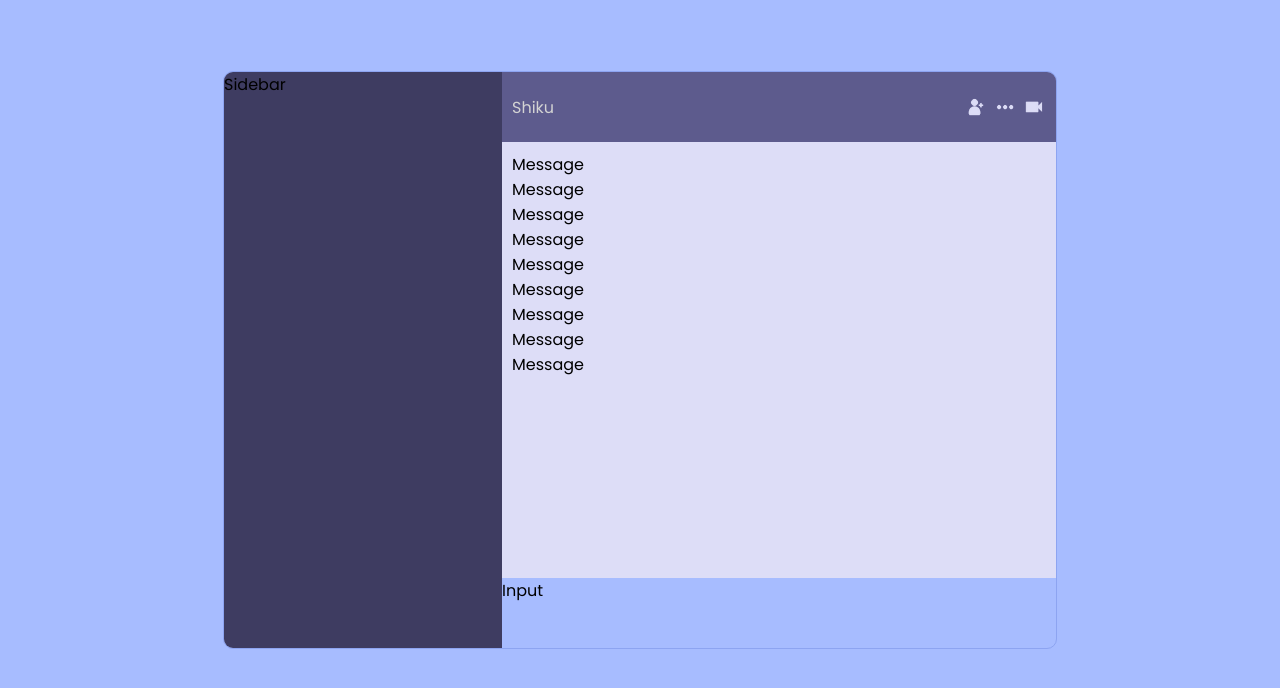
Repository: shikubro90/chatapp
Page: /
The author's editor kept a copy of each file at every save. The page is drawn from the files as they stood at one save, then again after a run of saves.
The browser window is 1280 px wide. The pictures show the whole page.
The project was rebuilt for these pictures with package versions that can differ from the ones it lists, and the page was loaded fresh each time. Also part of the build but not shown: src/pages/Login.jsx, src/pages/Register.jsx.

Above is the page before, as saved 2022-09-14 20:15:33.

### src/App.js
import './App.css';
import Login from './pages/Login';
import Register from './pages/Register';
import Home from './pages/Home'
import './style.scss'

function App() {
  return (
    <div className="App">
      {/* <Register/> */}
      {/* <Login/> */}
      <Home/>
    </div>
  );
}

export default App;

### src/App.css
@import url(https://fonts.googleapis.com/css?family=Poppins:100,100italic,200,200italic,300,300italic,regular,italic,500,500italic,600,600italic,700,700italic,800,800italic,900,900italic);



*{
  margin: 0;
  padding: 0;
}

body,html{
  font-family: "Poppins", sans-serif, system-ui, -apple-system, BlinkMacSystemFont, 'Segoe UI', Roboto, Oxygen, Ubuntu, Cantarell, 'Open Sans', 'Helvetica Neue', sans-serif;
  box-sizing: border-box;
}


/* .App {
  text-align: center;
}

.App-logo {
  height: 40vmin;
  pointer-events: none;
}

@media (prefers-reduced-motion: no-preference) {
  .App-logo {
    animation: App-logo-spin infinite 20s linear;
  }
}

.App-header {
  background-color: #282c34;
  min-height: 100vh;
  display: flex;
  flex-direction: column;
  align-items: center;
  justify-content: center;
  font-size: calc(10px + 2vmin);
  color: white;
}

.App-link {
  color: #61dafb;
}

@keyframes App-logo-spin {
  from {
    transform: rotate(0deg);
  }
  to {
    transform: rotate(360deg);
  }
} */

### src/pages/Home.jsx
import React from 'react'
import Sidebar from '../Components/SideBar'
import ChatBar from '../Components/ChatBar'


const Home = () => {
  return (
    <div className='home'>
        <div className="container">
            <Sidebar/>
            <ChatBar/>
        </div>
    </div>
  )
}

export default Home

### src/style.scss
.formContainer{
    background-color: #a7bcff;
    height: 100vh;
    display: flex;
    align-items: center;
    justify-content: center;

    .formWrapper{

        background-color: white;
        padding: 20px 60px;
        border-radius: 10px;
        display: flex;
        flex-direction: column;
        gap: 10px;
        align-items: center;

        form{

            display: flex;
            flex-direction: column;
            gap: 15px;

            input{
                padding: 10px 10px;
                min-width: 250px;
                border: none;
                border-bottom: 1px solid #a7bcff;
                outline: none;
            }&::placeholder{
                color: rgba(175, 175, 175);
            }

            button{
                background-color: #a7bcff;
                color: white;
                padding: 10px;
                font-weight: bold;
                border: none;
                cursor: pointer;
            }

            label{
                display: flex;
                align-items: center;
                color: #8da4f1;
                gap: 10px;
                font-size: 12px;
                cursor: pointer;

                img{
                    width: 32px;
                }
            }
        }

        p{
            color: #5d5b8d;

        }

        .logo{
            color: #5d5b8d;
            font-weight: bold;
            font-size: 24px;
        }

        .title{
            color: #5d5b8d;
            font-size: 12px;
        }
    }
}


// Home page css

.home{
    background-color: #a7bcff;
    height: 100vh;
    display: flex;
    align-items: center;
    justify-content: center;

    .container{
        border: 1px solid #8da4f1;
        border-radius: 10px;
        width: 65%;
        height: 80%;
        display: flex;
        overflow: hidden;

        .sideBar{
            flex: 1;
            border-right: 1px solid #3e3c61;
            background: #3e3c61;

            .navbar{
                display: flex;
                justify-content: space-between;
                background-color: #2f2d52;
                padding: 10px;
                height: 50px;
                align-items: center;
                color: white;

                .user{
                    display: flex;
                    align-items: center;
                    gap: 10px;

                    img{
                        background: #ddddf7;
                        height: 24px;
                        width: 24px;
                        border-radius: 50%;
                        object-fit: cover;
                    }
                    button{
                        background-color: #5d5b8d;
                        color: #ddddf7;
                        font-size: 10px;
                        border: none;
                        cursor: pointer;
                        padding: 4px 6px;
                        border-radius: 2px;
                    }
                }
            }


            .search{

                border-bottom: 1px solid gray;

                .searchForm{

                    padding: 10px;

                    input{
                        color: white;
                        outline: none;
                        background-color: transparent;
                        border: none;
                        &::placeholder{
                            color: lightgray;
                        }
                    }
                }

                .userChat{
                    padding: 10px;
                    display: flex;
                    align-items: center;
                    gap: 10px;
                    color: white;
                    cursor: pointer;
                     &:hover{
                        background-color: #2f2d52;
                     }
                    img{
                        height: 50px;
                        width: 50px;
                        border-radius: 50%;
                        object-fit: cover;
                    }
                }

            }

            .chats{
                .userChat{
                    padding: 10px;
                    display: flex;
                    align-items: center;
                    gap: 10px;
                    color: white;
                    cursor: pointer;
                     &:hover{
                        background-color: #2f2d52;
                     }
                    img{
                        height: 50px;
                        width: 50px;
                        border-radius: 50%;
                        object-fit: cover;
                    }

                    .userChatInfo{
                        span{
                            font-size: 18px;
                            font-weight: 500;
                        }
                        p{
                            font-size: 14px;
                            color: lightgray;
                        }
                    }

                }
            }


        }
        .chatBar{
            flex: 2;
            .chatInfo{

                height: 50px;
                background-color: #5d5b8d;
                display: flex;
                align-items: center;
                justify-content: space-between;
                padding: 10px;
                color: lightgray;

                .chatIcon{
                    display: flex;
                    align-items: center;
                    justify-content: center;
                    gap: 5px;

                    img{
                        height: 24px;
                        color: lightgray;
                        cursor: pointer;
                    }
                }
            }
            .messages{
                background: #ddddf7;
                padding: 10px;
                height: calc(100% - 160px);
            }

        }
    }
}

### src/Components/SideBar.jsx
import React from 'react'

const SideBar = () => {
  return (
    <div className='sideBar'>Sidebar</div>
  )
}

export default SideBar

### src/Components/ChatBar.jsx
import add from '../img/add.png'
import more from '../img/more.png'
import cam from '../img/cam.png'
import Messages from './Messages'
import Input from './Input'

const ChatBar = () => {
  return (
    <div className="chatBar">
      <div className="chatInfo">

        <span>Shiku</span>

        <div className="chatIcon">
          <img src={add} alt="" />
          <img src={more} alt="" />
          <img src={cam} alt="" />
        </div>

      </div>

      <Messages/>
      <Input/>
    </div>
  )
}

export default ChatBar

### src/Components/Messages.jsx
import React from 'react'
import Message from './Message'

const Messages = () => {
  return (
    <div className='messages'>
      <Message/>
      <Message/>
      <Message/>
      <Message/>
      <Message/>
      <Message/>
      <Message/>
      <Message/>
      <Message/>
    </div>
  )
}

export default Messages

### src/Components/Input.jsx
import React from 'react'

const Input = () => {
  return (
    <div className='input'>Input</div>
  )
}

export default Input

Loaded but not shown: src/index.js (common file); src/Components/Message.jsx (common file)

After the next 7 saves:
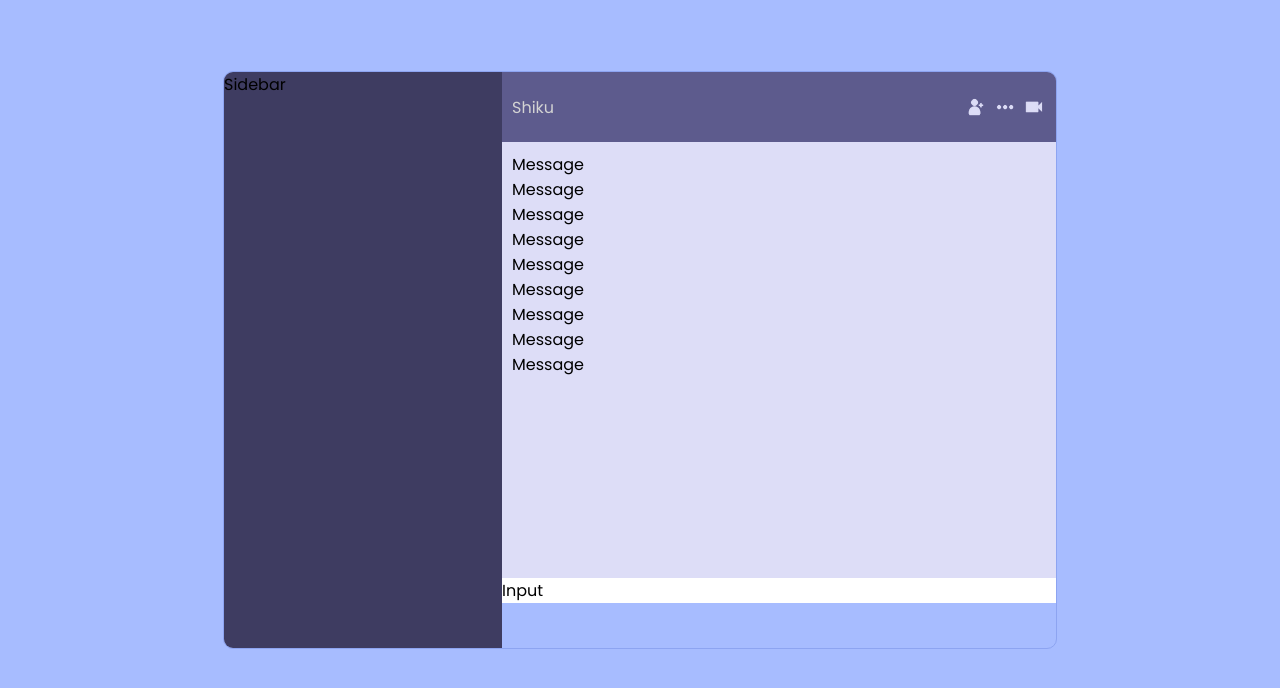
The 7 saves are shown as one change because they came seconds apart.
The last was saved 27 s later.
--- a/src/style.scss
+++ b/src/style.scss
@@ -232,6 +232,9 @@
                 padding: 10px;
                 height: calc(100% - 160px);
             }
+            .input{
+                background: white;
+            }
 
         }
     }
